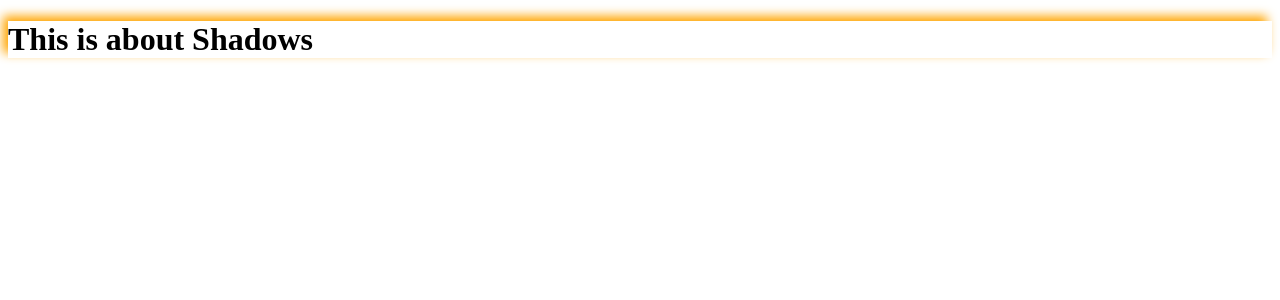
Repository: nottonofclay/csi_waymo
Page: shadows/shadows.html
The author's editor kept a copy of each file at every save. The page is drawn from the files as they stood at one save, then again after the next save.
The browser window is 1280 px wide. The pictures show the whole page.

Above is the page before, as saved 2023-07-06 12:05:42.

After the next save:
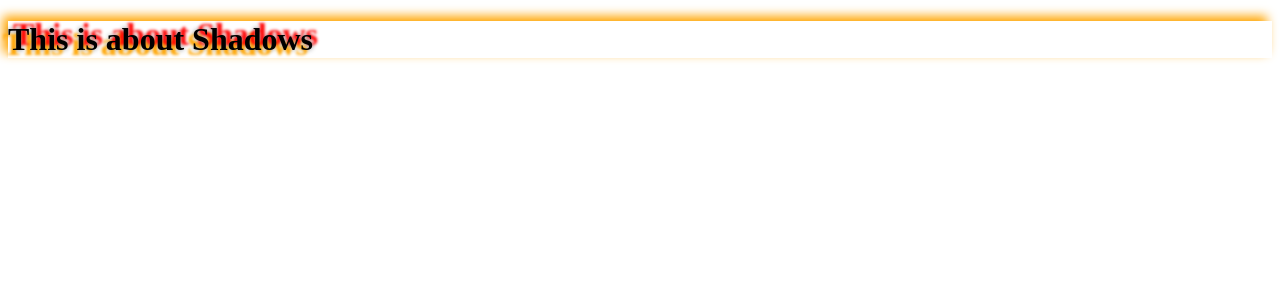
Saved 4 s later.
--- a/shadows/shadows.css
+++ b/shadows/shadows.css
@@ -1,6 +1,6 @@
 /* x-axis || y-axis || spread || color*/
 h1 {
-    /* text-shadow: 5px -5px 3px red, -5px 5px 3px orange, 0px 0px 5px grey; */
+    text-shadow: 5px -5px 3px red, -5px 5px 3px orange, 0px 0px 5px grey;
     box-shadow: -5px -5px 10px orange;
 }
 h1:hover
